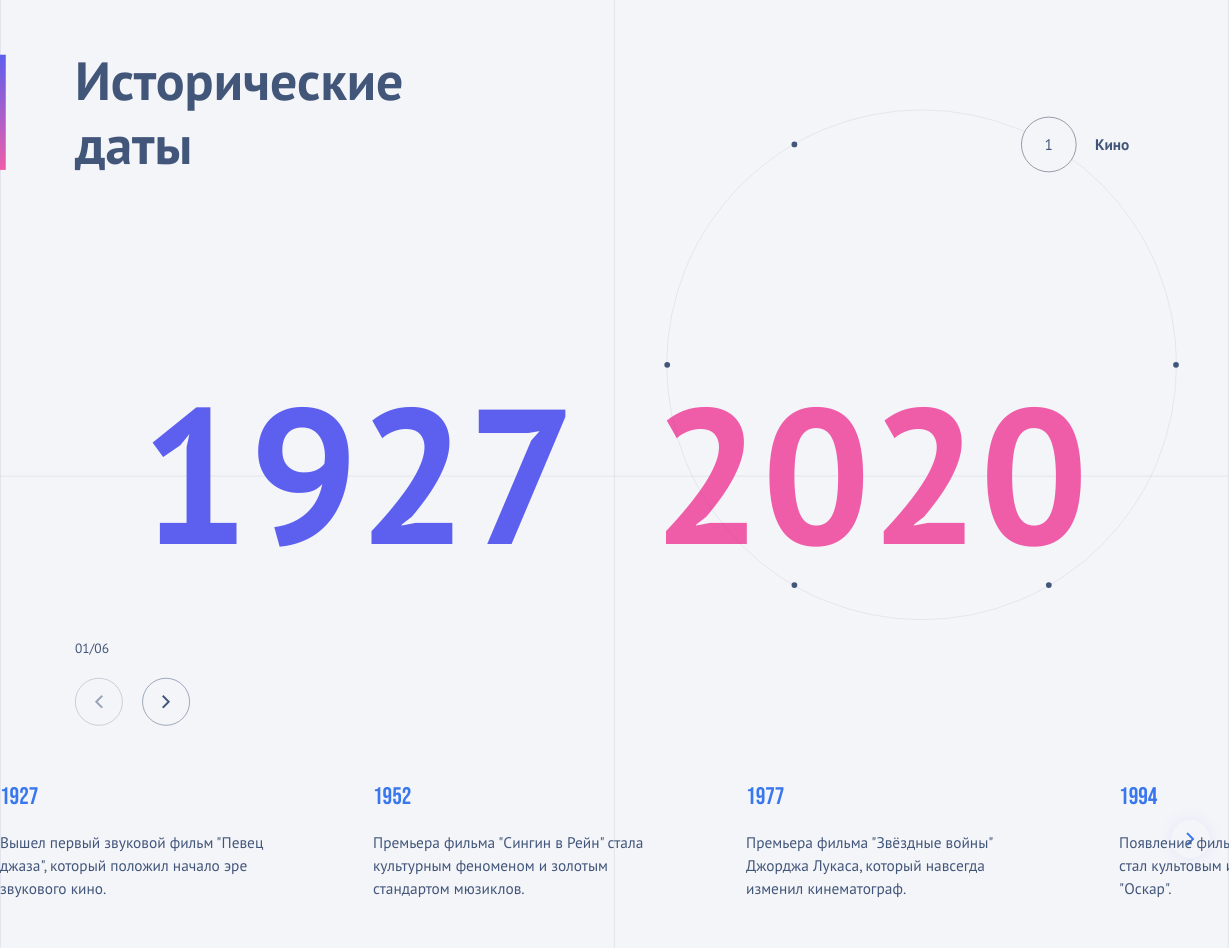
Repository: LenarTulupov/only
Page: /
These files come from the project's save history. The page is drawn as it stood at one moment and after a run of saves; the edit follows.
The browser window is 1280 px wide. The pictures show the whole page, at 96% of full size.
The project was rebuilt for these pictures with package versions that can differ from the ones it lists, and the page was loaded fresh each time.

Above is the page before, as saved 2024-12-18 04:09:23.

After the next 4 saves:
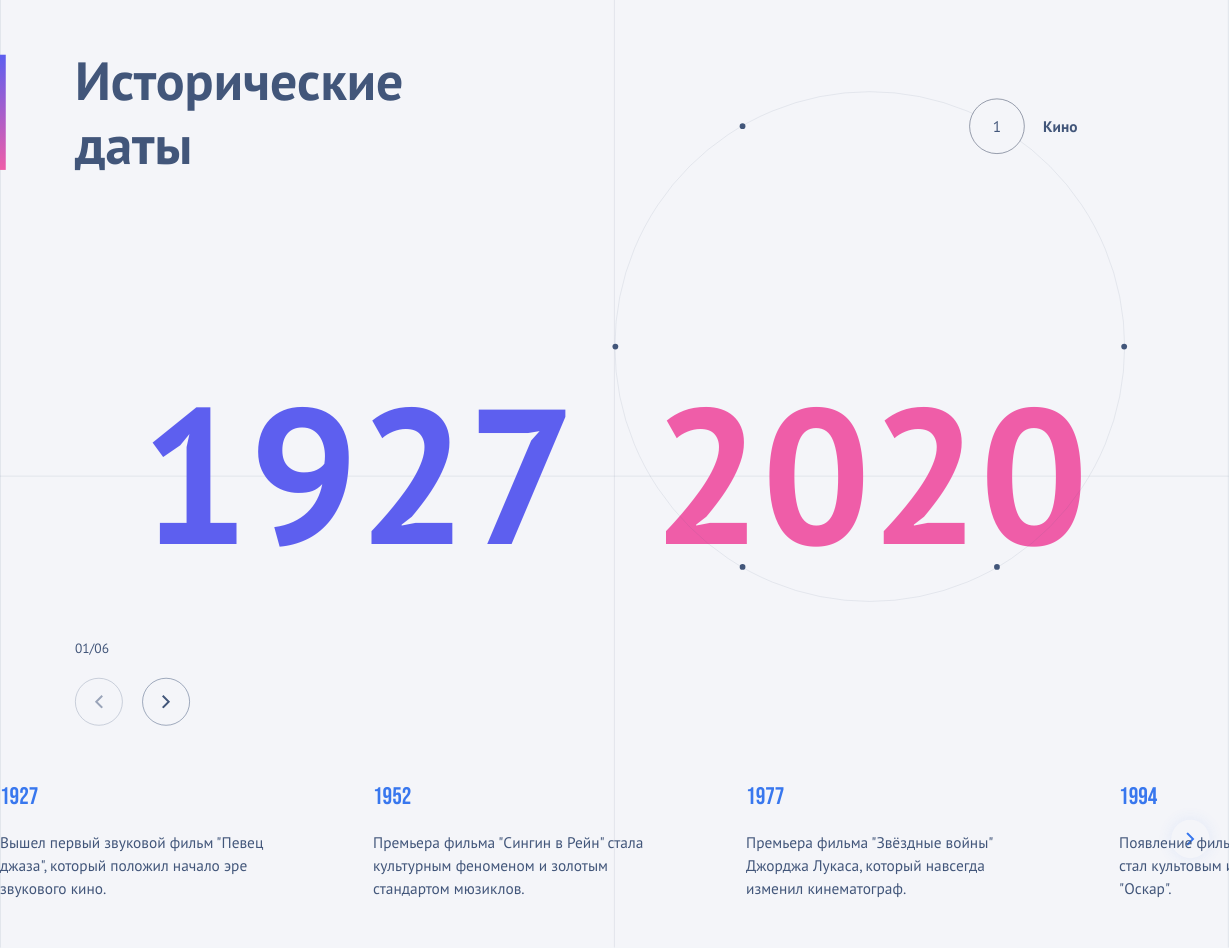
The 4 saves are shown as one change because they came seconds apart.
The last was saved 12 s later.
--- a/src/pages/home/history/history.module.scss
+++ b/src/pages/home/history/history.module.scss
@@ -21,8 +21,8 @@
   }
 }
 .circle {
-  align-self: center;
-  justify-self: center;
+  display: flex;
+  align-items: center;
   margin-top: 45px;
 }
 .divider_horizontal {
